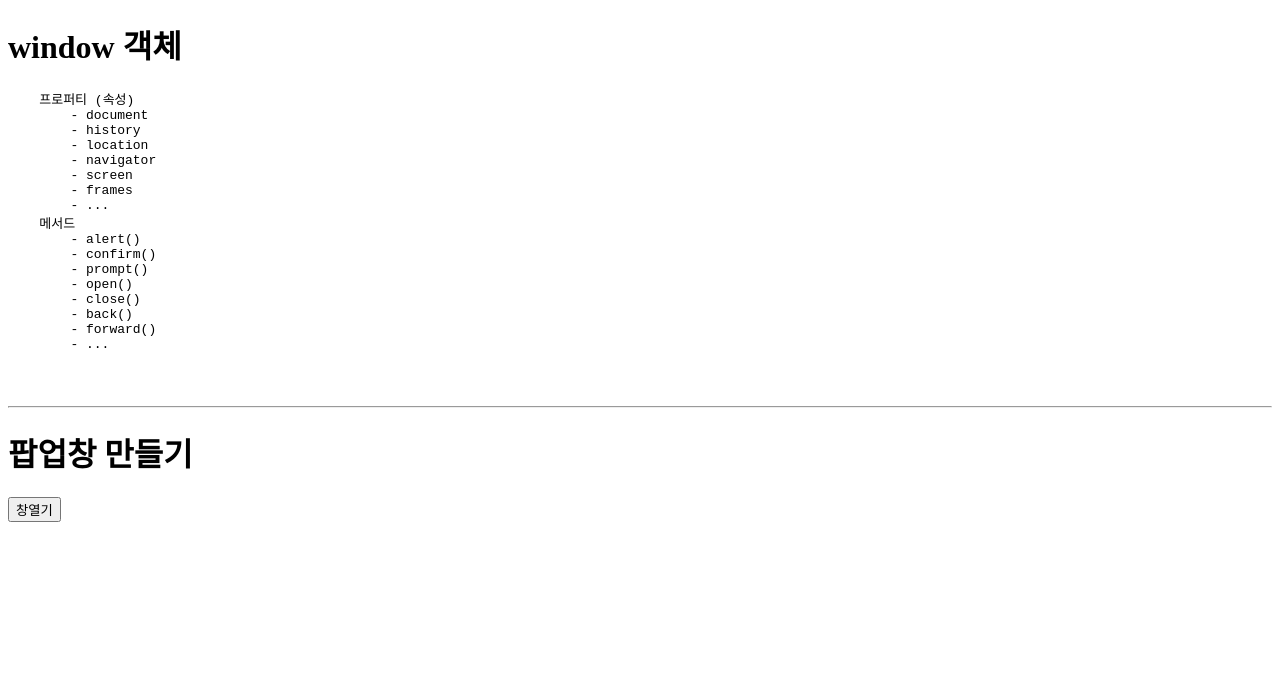
Repository: junewjdtn/TIL
Page: HTML+CSS/html_vscode_UI/4_JS_ec/JS/WebContent/js20_window01.html
These files come from the project's save history. The page is drawn as it stood at one moment and after the next save; the edit follows.
The browser window is 1280 px wide. The pictures show the whole page.

Above is the page before, as saved 2022-05-18 02:32:18.

### HTML+CSS/html_vscode_UI/4_JS_ec/JS/WebContent/js20_window01.html
<!DOCTYPE html>
<html lang="ko">
<head>
    <meta charset="UTF-8">
    <meta http-equiv="X-UA-Compatible" content="IE=edge">
    <meta name="viewport" content="width=device-width, initial-scale=1.0">
    <title>window01</title>
    <script>
        function openWin(){
            window.open("js20_window02.html", "", "width=500px, height=500px");
        }
    </script>
</head>
<body>
    <h1>window 객체</h1>
    <pre>
    프로퍼티 (속성)
        - document
        - history
        - location
        - navigator
        - screen
        - frames
        - ...
    메서드
        - alert()
        - confirm()
        - prompt()
        - open()
        - close()
        - back()
        - forward()
        - ...
    </pre>
    <br><hr>
    <div>
        <h1>팝업창 만들기</h1>
        <button onclick="openWin();" name="btn">창열기</button>
        <div id="tt"></div>
    </div>
</body>
</html>

After the next save:
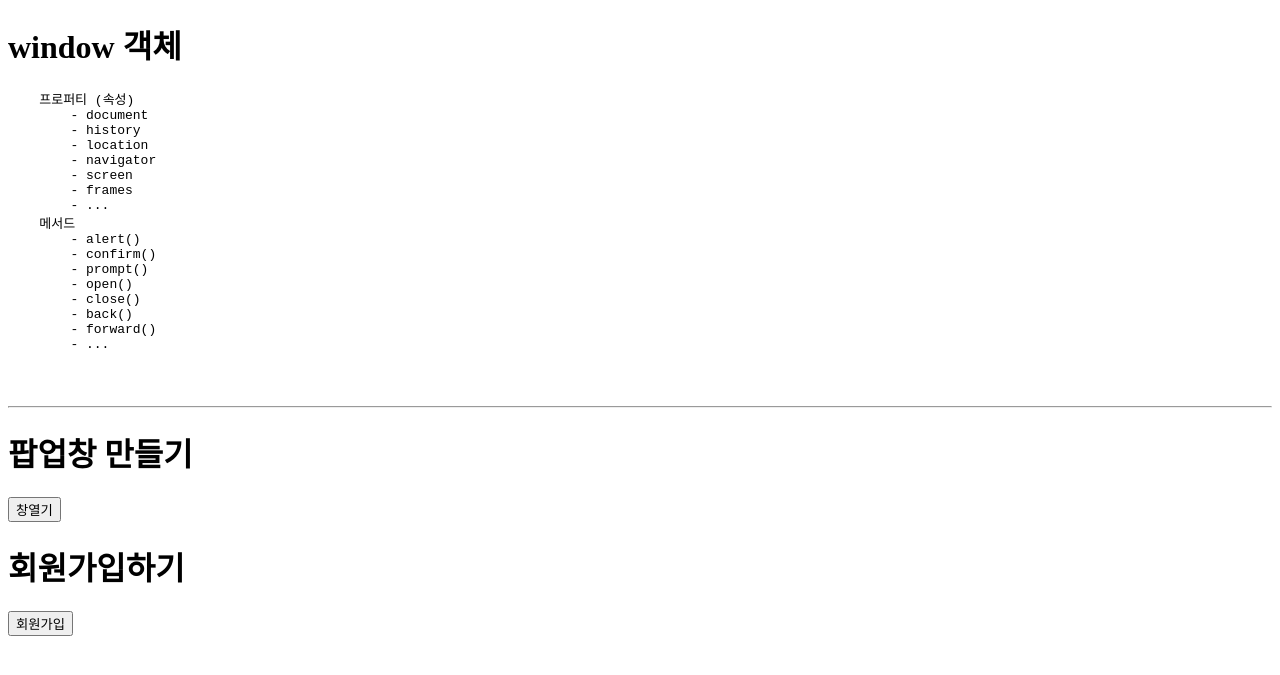
Saved 91 min 32 s later.
--- a/HTML+CSS/html_vscode_UI/4_JS_ec/JS/WebContent/js20_window01.html
+++ b/HTML+CSS/html_vscode_UI/4_JS_ec/JS/WebContent/js20_window01.html
@@ -37,6 +37,9 @@
         <h1>팝업창 만들기</h1>
         <button onclick="openWin();" name="btn">창열기</button>
         <div id="tt"></div>
+        <h1>회원가입하기</h1>
+        <button onclick="registForm();" name="btn">회원가입</button>
+
     </div>
 </body>
 </html>
